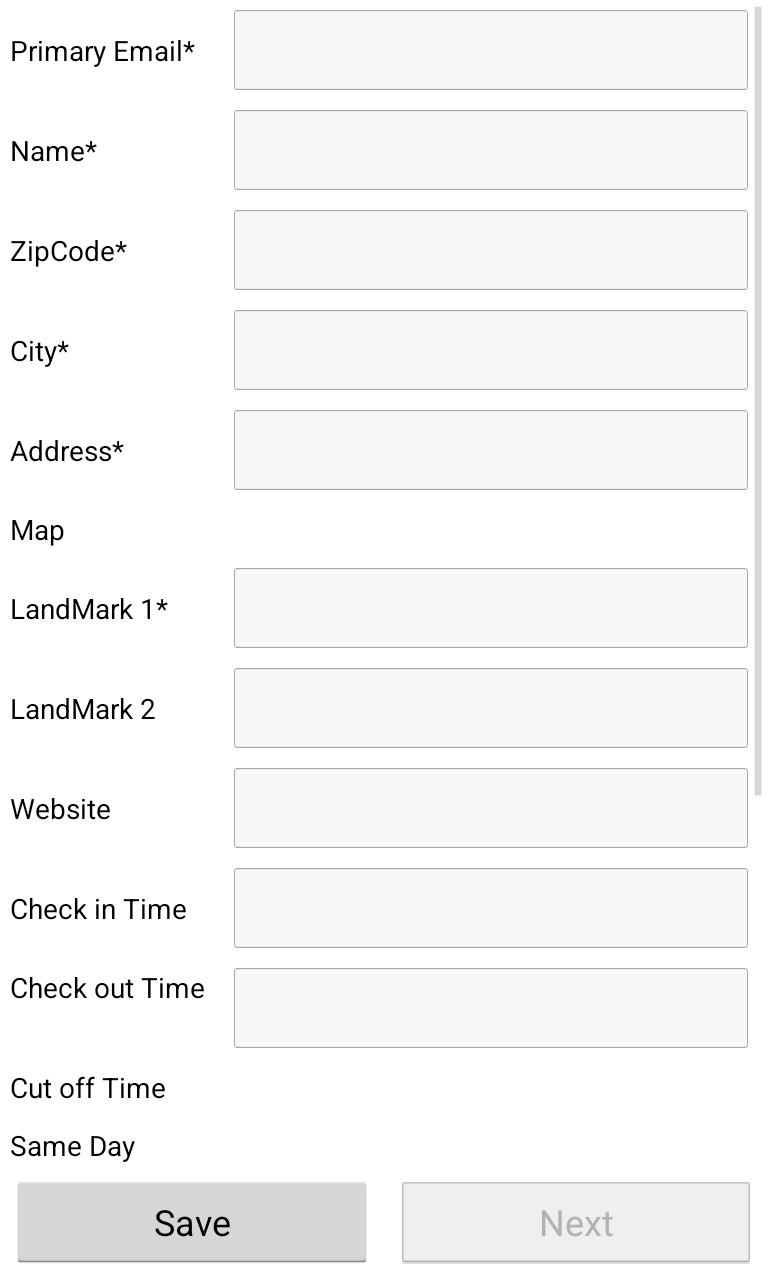
Repository: pankajk7/hotel_mockup
Layout: Hotel_MockUp/res/layout/hotel_creation_layout.xml
An editor plug-in stored every save of this project. The layout is shown before and after the next save, followed by the edit.
It is drawn on a 768 x 1280 px phone screen (xhdpi) without system bars, with theme AppTheme; the app's code is not run.

Above is the layout before, as saved 2014-11-03 06:16:03.

### Hotel_MockUp/res/layout/hotel_creation_layout.xml
<?xml version="1.0" encoding="utf-8"?>
<LinearLayout xmlns:android="http://schemas.android.com/apk/res/android"
    android:layout_width="fill_parent"
    android:layout_height="fill_parent"
    android:orientation="vertical" >

    <ScrollView
        android:layout_width="match_parent"
        android:layout_height="match_parent"
        android:layout_weight="1" >

        <LinearLayout
            android:layout_width="match_parent"
            android:layout_height="match_parent"
            android:orientation="vertical" >

            <LinearLayout
                android:layout_width="match_parent"
                android:layout_height="wrap_content"
                android:layout_margin="5dp"
                android:orientation="horizontal" >

                <TextView
                    android:layout_width="match_parent"
                    android:layout_height="match_parent"
                    android:layout_weight="2.5"
                    style="@style/textviewstyle"
                    android:gravity="center_vertical|left"
                    android:text="@string/primaryEmail"
                    android:textSize="14dp" />

                <EditText
                    android:id="@+id/edittext_hotel_creation_email"
                    android:layout_width="match_parent"
                    android:layout_height="40dp"
                    style="@style/edittextstyle"
                    android:layout_marginLeft="5dp"
                    android:layout_marginRight="5dp"
                    android:layout_weight="1"
                    android:inputType="textEmailAddress"
                    android:singleLine="true" />
            </LinearLayout>

            <LinearLayout
                android:layout_width="match_parent"
                android:layout_height="wrap_content"
                android:layout_margin="5dp"
                android:orientation="horizontal" >

                <TextView
                    android:layout_width="match_parent"
                    android:layout_height="match_parent"
                    android:layout_weight="2.5"
                    style="@style/textviewstyle"
                    android:gravity="center_vertical|left"
                    android:text="@string/name" />

                <EditText
                    android:id="@+id/edittext_hotel_creation_name"
                    android:layout_width="match_parent"
                   android:layout_height="40dp"
                    style="@style/edittextstyle"
                    android:layout_marginLeft="5dp"
                    android:layout_marginRight="5dp"
                    android:inputType="textPersonName"
                    android:layout_weight="1" />
            </LinearLayout>

            <LinearLayout
                android:layout_width="match_parent"
                android:layout_height="wrap_content"
                android:layout_margin="5dp"
                android:orientation="horizontal" >

                <TextView
                    android:layout_width="match_parent"
                    android:layout_height="match_parent"
                    android:layout_weight="2.5"
                    style="@style/textviewstyle"
                    android:gravity="center_vertical|left"
                    android:text="@string/zipcode" />

                <EditText
                    android:id="@+id/edittext_hotel_creation_zipcode"
                    android:layout_width="match_parent"
                    android:layout_height="40dp"
                    style="@style/edittextstyle"
                    android:layout_marginLeft="5dp"
                    android:layout_marginRight="5dp"
                    android:maxLength="6"
                    android:layout_weight="1"
                    android:inputType="number"
                    android:singleLine="true"/>
            </LinearLayout>

            <LinearLayout
                android:layout_width="match_parent"
                android:layout_height="wrap_content"
                android:layout_margin="5dp"
                android:orientation="horizontal" >

                <TextView
                    android:layout_width="match_parent"
                    android:layout_height="match_parent"
                    android:layout_weight="2.5"
                    style="@style/textviewstyle"
                    android:gravity="center_vertical|left"
                    android:text="@string/city" />

                <EditText
                    android:id="@+id/edittext_hotel_creation_city"
                    android:layout_width="match_parent"
                    android:layout_height="40dp"
                    style="@style/edittextstyle"
                    android:layout_marginLeft="5dp"
                    android:layout_marginRight="5dp"
                    android:layout_weight="1"
                    android:inputType="textPostalAddress"
                    android:singleLine="true" />
            </LinearLayout>

            <LinearLayout
                android:layout_width="match_parent"
                android:layout_height="wrap_content"
                style="@style/textviewstyle"
                android:layout_margin="5dp"
                android:orientation="horizontal" >

                <TextView
                    android:layout_width="match_parent"
                    android:layout_height="match_parent"
                    android:layout_weight="2.5"
                    style="@style/textviewstyle"
                    android:gravity="center_vertical|left"
                    android:text="@string/address" />

                <EditText
                    android:id="@+id/edittext_hotel_creation_address"
                    android:layout_width="match_parent"
                    android:layout_height="40dp"
                    style="@style/edittextstyle"
                    android:layout_marginLeft="5dp"
                    android:layout_marginRight="5dp"
                    android:layout_weight="1"
                    android:singleLine="true" />
            </LinearLayout>

            <LinearLayout
                android:layout_width="match_parent"
                android:layout_height="wrap_content"
                android:layout_margin="5dp"
                android:orientation="horizontal" >

                <TextView
                    android:layout_width="match_parent"
                    android:layout_height="match_parent"
                    android:layout_weight="2.5"
                    style="@style/textviewstyle"
                    android:gravity="center_vertical|left"
                    android:text="@string/map" />
            </LinearLayout>

            <LinearLayout
                android:layout_width="match_parent"
                android:layout_height="wrap_content"
                android:layout_margin="5dp"
                android:orientation="horizontal" >

                <TextView
                    android:layout_width="match_parent"
                    android:layout_height="match_parent"
                    android:layout_weight="2.5"
                    style="@style/textviewstyle"
                    android:gravity="center_vertical|left"
                    android:text="@string/landmark1" />

                <EditText
                    android:id="@+id/edittext_hotel_creation_landmark1"
                    android:layout_width="match_parent"
                    android:layout_height="40dp"
                    style="@style/edittextstyle"
                    android:layout_marginLeft="5dp"
                    android:layout_marginRight="5dp"
                    android:layout_weight="1"
                    android:singleLine="true" />
            </LinearLayout>

            <LinearLayout
                android:layout_width="match_parent"
                android:layout_height="wrap_content"
                android:layout_margin="5dp"
                android:orientation="horizontal" >

                <TextView
                    android:layout_width="match_parent"
                    android:layout_height="match_parent"
                    android:layout_weight="2.5"
                    style="@style/textviewstyle"
                    android:gravity="center_vertical|left"
                    android:text="@string/landmark2" />

                <EditText
                    android:id="@+id/edittext_hotel_creation_landmark2"
                    android:layout_width="match_parent"
                    android:layout_height="40dp"
                    style="@style/edittextstyle"
                    android:layout_marginLeft="5dp"
                    android:layout_marginRight="5dp"
                    android:layout_weight="1"
                    android:singleLine="true" />
            </LinearLayout>

            <LinearLayout
                android:layout_width="match_parent"
                android:layout_height="wrap_content"
                android:layout_margin="5dp"
                android:orientation="horizontal" >

                <TextView
                    android:layout_width="match_parent"
                    android:layout_height="match_parent"
                    android:layout_weight="2.5"
                    style="@style/textviewstyle"
                    android:gravity="center_vertical|left"
                    android:text="@string/website" />
                <EditText
                    android:id="@+id/edittext_hotel_creation_website"
                    android:layout_width="match_parent"
                    android:layout_height="40dp"
                    style="@style/edittextstyle"
                    android:layout_marginLeft="5dp"
                    android:layout_marginRight="5dp"
                    android:layout_weight="1"
                    android:singleLine="true" />
            </LinearLayout>

             <LinearLayout
                android:layout_width="match_parent"
                android:layout_height="wrap_content"
                android:layout_margin="5dp"
                android:orientation="horizontal" >

                <TextView
                   android:layout_width="match_parent"
                    android:layout_height="match_parent"
                    android:layout_weight="2.5"
                    style="@style/textviewstyle"
                    android:gravity="center_vertical|left"
                    android:text="@string/checkin" />

                <TextView
                    android:id="@+id/textview_hotel_creation_checkin"
                    android:layout_width="match_parent"
                    android:layout_height="40dp"
                    style="@style/edittextstyle"
                    android:layout_marginLeft="5dp"
                    android:layout_marginRight="5dp"
                    android:layout_weight="1"
                    android:gravity="center_vertical|left"
                    android:singleLine="true" />

            </LinearLayout>



            <LinearLayout
                android:layout_width="match_parent"
                android:layout_height="wrap_content"
                android:layout_margin="5dp"
                android:orientation="horizontal" >

                <TextView
                    android:layout_width="match_parent"
                    android:layout_height="match_parent"
                    android:layout_weight="2.5"
                    style="@style/textviewstyle"
                    android:text="@string/checkout" />

                <TextView
                    android:id="@+id/textview_hotel_creation_checkout"
                    android:layout_width="match_parent"
                    android:layout_height="40dp"
                    style="@style/edittextstyle"
                    android:layout_marginLeft="5dp"
                    android:layout_marginRight="5dp"
                    android:layout_weight="1"
                    android:gravity="center_vertical|left"
                    android:singleLine="true" />

            </LinearLayout>

            <LinearLayout
                android:layout_width="match_parent"
                android:layout_height="wrap_content"
                android:layout_margin="5dp"
                android:orientation="horizontal" >

                <TextView
                    android:layout_width="match_parent"
                    android:layout_height="match_parent"
                    android:layout_weight="4"
                    style="@style/textviewstyle"
                    android:text="@string/cutoff" />
            </LinearLayout>

            <LinearLayout
                android:layout_width="match_parent"
                android:layout_height="wrap_content"
                android:layout_margin="5dp"
                android:orientation="horizontal" >

                <TextView
                    android:layout_width="match_parent"
                    android:layout_height="match_parent"
                    android:layout_weight="2.5"
                    style="@style/textviewstyle"
                    android:gravity="center_vertical|left"
                    android:text="@string/sameday" />

            </LinearLayout>

            <LinearLayout
                android:layout_width="match_parent"
                android:layout_height="wrap_content"
                android:layout_margin="5dp"
                android:orientation="horizontal" >

                <TextView
                    android:layout_width="match_parent"
                    android:layout_height="match_parent"
                    android:layout_weight="4"
                    style="@style/textviewstyle"
                    android:text="@string/days" />
            </LinearLayout>

            <LinearLayout
                android:layout_width="match_parent"
                android:layout_height="wrap_content"
                android:layout_margin="5dp"
                android:orientation="horizontal" >

                <TextView
                    android:layout_width="match_parent"
                    android:layout_height="match_parent"
                    android:layout_weight="2.5"
                    style="@style/textviewstyle"
                    android:gravity="center_vertical|left"
                    android:text="@string/totalroom" />
                <EditText
                    android:id="@+id/edittext_hotel_creation_totalroom"
                    android:layout_width="match_parent"
                    android:layout_height="40dp"
                    style="@style/edittextstyle"
                    android:layout_marginLeft="5dp"
                    android:layout_marginRight="5dp"
                    android:layout_weight="1"
                    android:singleLine="true" />
            </LinearLayout>

            <LinearLayout
                android:layout_width="match_parent"
                android:layout_height="wrap_content"
                android:layout_margin="5dp"
                android:orientation="horizontal" >

                <TextView
                     android:layout_width="match_parent"
                    android:layout_height="match_parent"
                    android:layout_weight="2.5"
                    style="@style/textviewstyle"
                    android:gravity="center_vertical|left"
                    android:text="@string/facilities" />
            </LinearLayout>

            <LinearLayout
                android:layout_width="match_parent"
                android:layout_height="wrap_content"
                android:layout_margin="5dp"
                android:orientation="horizontal" >

                <TextView
                    android:layout_width="match_parent"
                    android:layout_height="match_parent"
                    android:layout_weight="2.5"
                    style="@style/textviewstyle"
                    android:gravity="center_vertical|left"
                    android:text="@string/Description" />
                <EditText
                    android:id="@+id/edittext_hotel_creation_description"
                    android:layout_width="match_parent"
                    android:layout_height="40dp"
                    style="@style/edittextstyle"
                    android:layout_marginLeft="5dp"
                    android:layout_marginRight="5dp"
                    android:layout_weight="1"
                    android:singleLine="true" />
            </LinearLayout>

            <LinearLayout
                android:layout_width="match_parent"
                android:layout_height="wrap_content"
                android:layout_margin="5dp"
                android:orientation="horizontal" >

                <TextView
                    android:layout_width="match_parent"
                    android:layout_height="match_parent"
                    android:layout_weight="2.5"
                    style="@style/textviewstyle"
                    android:gravity="center_vertical|left"
                    android:text="@string/twitterlink" />
                <EditText
                    android:id="@+id/edittext_hotel_creation_twitter"
                    android:layout_width="match_parent"
                    android:layout_height="40dp"
                    style="@style/edittextstyle"
                    android:layout_marginLeft="5dp"
                    android:layout_marginRight="5dp"
                    android:layout_weight="1"
                    android:singleLine="true" />
            </LinearLayout>

            <LinearLayout
                android:layout_width="match_parent"
                android:layout_height="wrap_content"
                android:layout_margin="5dp"
                android:orientation="horizontal" >

                <TextView
                    android:layout_width="match_parent"
                    android:layout_height="match_parent"
                    android:layout_weight="2.5"
                    style="@style/textviewstyle"
                    android:gravity="center_vertical|left"
                    android:text="@string/facebooklink" />
                <EditText
                    android:id="@+id/edittext_hotel_creation_facebook"
                    android:layout_width="match_parent"
                    android:layout_height="40dp"
                    style="@style/edittextstyle"
                    android:layout_marginLeft="5dp"
                    android:layout_marginRight="5dp"
                    android:layout_weight="1"
                    android:singleLine="true" />
            </LinearLayout>
        </LinearLayout>
    </ScrollView>

    <LinearLayout
        android:layout_width="match_parent"
        android:layout_height="wrap_content"
        android:layout_weight="0"
        android:gravity="center"
        android:orientation="horizontal">
        <Button
            android:id="@+id/button_hotel_cration_save"
            android:layout_width="match_parent"
            android:layout_height="match_parent"
            android:layout_weight="1"
            android:layout_margin="5dp"
            android:text="Save"/>
        <Button
            android:id="@+id/button_hotel_cration_next"
            android:layout_width="match_parent"
            android:layout_height="match_parent"
            android:layout_weight="1"
            android:layout_margin="5dp"
            android:text="Next"
            android:enabled="false"/>
    </LinearLayout>

</LinearLayout>

### Hotel_MockUp/res/values/styles.xml
<resources xmlns:android="http://schemas.android.com/apk/res/android">

    <!--
        Base application theme, dependent on API level. This theme is replaced
        by AppBaseTheme from res/values-vXX/styles.xml on newer devices.
    -->
    <style name="AppBaseTheme" parent="@android:style/Theme.Holo.Light">
        <!--
            Theme customizations available in newer API levels can go in
            res/values-vXX/styles.xml, while customizations related to
            backward-compatibility can go here.
        -->
    </style>

    <!-- Application theme. -->
    <style name="AppTheme" parent="@android:style/Theme.Holo.Light">
        <!-- All customizations that are NOT specific to a particular API-level can go here. -->
    </style>

    <style name="edittextstyle" parent="AppBaseTheme">
        <item name="android:background">@drawable/edittext_background</item>
        <item name="android:textColor">#000</item>
        <item name="android:padding">5dp</item>
    </style>

    <style name="textviewstyle" parent="AppBaseTheme">
        <item name="android:textColor">#000</item>
    </style>

</resources>

### Hotel_MockUp/res/values/strings.xml
<?xml version="1.0" encoding="utf-8"?>
<resources>


    <string name="app_name">Hotel_MockUp</string>
    <string name="hello_world">Hello world!</string>
    <string name="title_activity_base">BaseActivity</string>
    <string name="steps">Steps %1$d of 4</string>
    <string name="primaryEmail">Primary Email*</string>
    <string name="name">Name*</string>
    <string name="zipcode">ZipCode*</string>
    <string name="city">City*</string>
    <string name="address">Address*</string>
    <string name="map">Map</string>
    <string name="landmark1">LandMark 1*</string>
    <string name="landmark2">LandMark 2</string>
    <string name="website">Website</string>
    <string name="checkin">Check in Time</string>
    <string name="checkout">Check out Time</string>
    <string name="cutoff">Cut off Time</string>
    <string name="sameday">Same Day</string>
    <string name="days">Days</string>
    <string name="totalroom">Total no. of rooms</string>
    <string name="facilities">Select Facilities</string>
    <string name="Description">Description</string>
    <string name="twitterlink">Twitter Link</string>
    <string name="facebooklink">Facebook Link</string>
    <string name="title_activity_information">InformationActivity</string>
    <string name="primary_contact_information">Primary Contact Information</string>
    <string name="primary_landline">Landline No.</string>
    <string name="primary_mobile">Mobile No.</string>
    <string name="primary_email">Email</string>
    <string name="billing_landline">LandLine No.</string>
    <string name="billing_mobile">Mobile No.</string>
    <string name="billing_email">mobile</string>
    <string name="owner_landline">LandLine No.</string>
    <string name="owner_mobile">Mobile No.</string>
    <string name="owner_email">mobile</string>
    <string name="billing_contact_information">Billing Contact Information</string>
    <string name="owner_contact_information">Owner Contact Information</string>

    <string name="title_activity_image">ImageActivity</string>
    <string name="title_activity_cancellation_policy">CancellationPolicyActivity</string>

    <string-array name="Days">
        <item>Day of arrival (Check in time)</item>
        <item>day 1</item>
        <item>day 2</item>
        <item>day 3</item>
        <item>day 7</item>
        <item>day 14</item>
    </string-array>

    <string-array name="Condition">
        <item>of the first night</item>
        <item>of the full stay</item>
    </string-array>


</resources>

### Hotel_MockUp/res/values-v11/styles.xml
<resources>

    <!--
        Base application theme for API 11+. This theme completely replaces
        AppBaseTheme from res/values/styles.xml on API 11+ devices.
    -->
    <style name="AppBaseTheme" parent="">
        <!-- API 11 theme customizations can go here. -->
    </style>

</resources>

### Hotel_MockUp/res/values-v14/styles.xml
<resources>

    <!--
        Base application theme for API 14+. This theme completely replaces
        AppBaseTheme from BOTH res/values/styles.xml and
        res/values-v11/styles.xml on API 14+ devices.
    -->
    <style name="AppBaseTheme" parent="">
        <!-- API 14 theme customizations can go here. -->
    </style>

</resources>

After the next save:
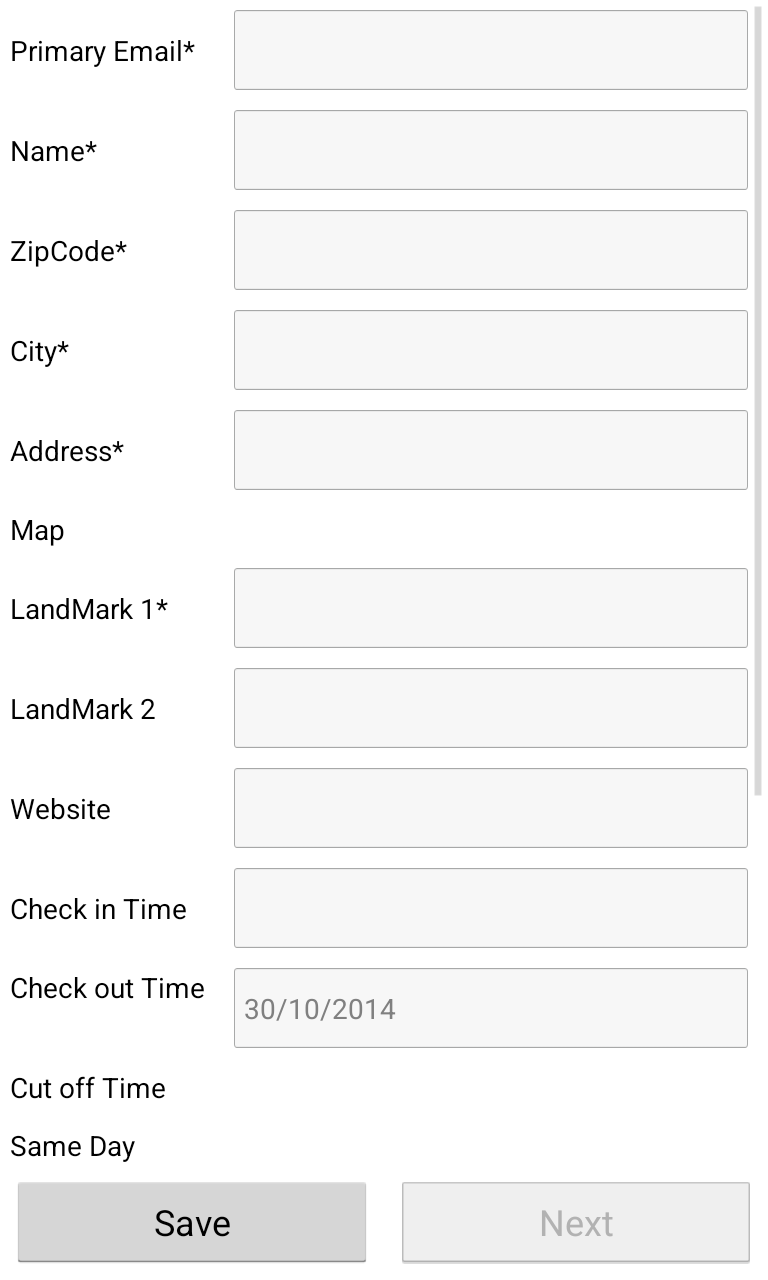
Saved 98 s later.
--- a/Hotel_MockUp/res/layout/hotel_creation_layout.xml
+++ b/Hotel_MockUp/res/layout/hotel_creation_layout.xml
@@ -285,6 +285,7 @@
                     android:layout_marginRight="5dp"
                     android:layout_weight="1"
                     android:gravity="center_vertical|left"
+                    android:hint="30/10/2014"
                     android:singleLine="true" />
 
             </LinearLayout>
